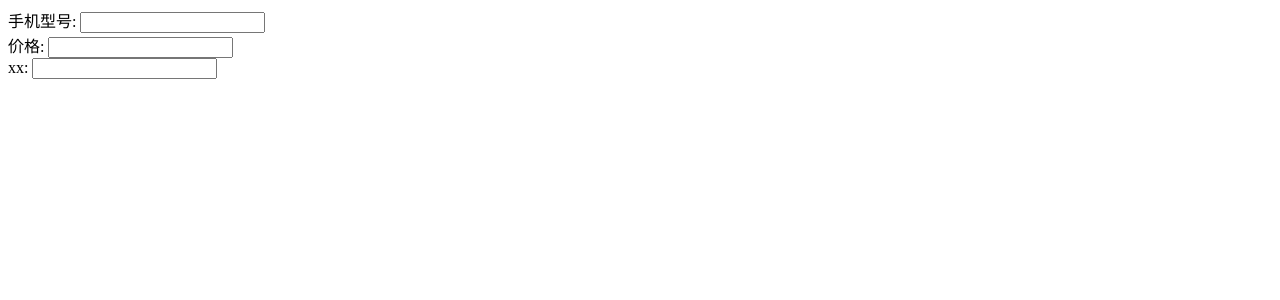
Repository: qyl1006/JavaCode
Page: http://localhost/task02/product?cmd=edit
These files come from the project's save history. The page is drawn as it stood at one moment and after the next save; the edit follows.
The browser window is 1280 px wide. The pictures show the whole page.
The page is served by Tomcat 9. Other server files are loaded and not shown.

Above is the page before, as saved 2018-03-15 03:51:47.

### workspace/task02/webapp/WEB-INF/views/product/edit.jsp
<%@ page language="java" contentType="text/html; charset=UTF-8"
    pageEncoding="UTF-8"%>
<!DOCTYPE html PUBLIC "-//W3C//DTD HTML 4.01 Transitional//EN" "http://www.w3.org/TR/html4/loose.dtd">
<html>
<head>
<meta http-equiv="Content-Type" content="text/html; charset=UTF-8">
<title>Insert title here</title>
</head>
<body>
<form action="/product?cmd=saveOrUpdate">
		<input type="hidden" value="${p.id}"/>
	手机型号: <input type="text" name="name" value="${p.name }"/><br>
	价格: <input type="text" name="price" value="${p.price }"/><br>
	xx: <input type="text" name="info" value="${p.info }"/><br>
</form>
</body>
</html>

### workspace/task02/src/cn/wolfcode/shop/web/servlet/ProductServlet.java
package cn.wolfcode.shop.web.servlet;

import java.io.IOException;
import java.math.BigDecimal;

import javax.servlet.ServletException;
import javax.servlet.annotation.WebServlet;
import javax.servlet.http.HttpServlet;
import javax.servlet.http.HttpServletRequest;
import javax.servlet.http.HttpServletResponse;

import cn.wolfcode.shop.domain.Product;
import cn.wolfcode.shop.query.PageResult;
import cn.wolfcode.shop.query.ProductQueryObject;
import cn.wolfcode.shop.service.IProduService;
import cn.wolfcode.shop.service.impl.ProduServiceImpl;
import cn.wolfcode.shop.util.StringUtil;

@WebServlet("/product")
public class ProductServlet extends HttpServlet {
	private static final long serialVersionUID = 1L;
	private IProduService service = new ProduServiceImpl();

	public void init() throws ServletException {
		System.out.println(123);
	}

	protected void service(HttpServletRequest req, HttpServletResponse resp)
			throws ServletException, IOException {
		req.setCharacterEncoding("utf-8");
		String cmd = req.getParameter("cmd");
		if("saveOrUpdate".equals(cmd)){
			saveOrUpdate(req, resp);
		}else if("delete".equals(cmd)){
			delete(req, resp);
		}else if("edit".equals(cmd)){
			edit(req, resp);
		}else{
			list(req, resp);
		}

	}
	private void list(HttpServletRequest req, HttpServletResponse resp)
			throws ServletException, IOException {
		ProductQueryObject qo = creatQo(req);
		PageResult result = service.query(qo);

		req.setAttribute("qo", qo);
		req.setAttribute("result", result);

		req.getRequestDispatcher("/WEB-INF/views/product/list.jsp").forward(req, resp);

	}
	private ProductQueryObject creatQo(HttpServletRequest req) {
		ProductQueryObject qo = new ProductQueryObject();

		String currentPage = req.getParameter("currentPage");
		String pageSize = req.getParameter("pageSize");
		String keyWord = req.getParameter("keyWord");
		String minPrice = req.getParameter("minPrice");
		String maxPrice = req.getParameter("maxPrice");

		if(StringUtil.hasLength(currentPage)){
			qo.setCurrentPage(Integer.valueOf(currentPage.trim()));
		}
		if(StringUtil.hasLength(pageSize)){
			qo.setPageSize(Integer.valueOf(pageSize.trim()));
		}

		if(StringUtil.hasLength(keyWord)){
			qo.setKeyWord(keyWord.trim());
		}

		if(StringUtil.hasLength(minPrice)){
			qo.setMinPrice(new BigDecimal(minPrice.trim()));
		}

		if(StringUtil.hasLength(maxPrice)){
			qo.setMaxPrice(new BigDecimal(maxPrice.trim()));
		}

		return qo;
	}

	private void delete(HttpServletRequest req, HttpServletResponse resp)
			throws ServletException, IOException {

	}
	private void edit(HttpServletRequest req, HttpServletResponse resp)
			throws ServletException, IOException {
		String id = req.getParameter("id");
		if(StringUtil.hasLength(id)){
			Product product = service.get(Long.valueOf(id.trim()));
			req.setAttribute("p", product);
		}

		req.getRequestDispatcher("/WEB-INF/views/product/edit.jsp").forward(req, resp);
	}
	private void saveOrUpdate(HttpServletRequest req, HttpServletResponse resp)
			throws ServletException, IOException {

	}
}

### workspace/task02/src/cn/wolfcode/shop/service/impl/ProduServiceImpl.java
package cn.wolfcode.shop.service.impl;

import java.util.List;

import cn.wolfcode.shop.dao.IProductDAO;
import cn.wolfcode.shop.dao.impl.ProduDAOImpl;
import cn.wolfcode.shop.domain.Product;
import cn.wolfcode.shop.query.PageResult;
import cn.wolfcode.shop.query.ProductQueryObject;
import cn.wolfcode.shop.service.IProduService;

public class ProduServiceImpl implements IProduService {

	private IProductDAO dao = new ProduDAOImpl();

	public void save(Product p) {
		dao.save(p);
	}

	public void update(Product p) {
		dao.update(p);
	}

	public void delete(Long id) {
		dao.delete(id);
	}

	public Product get(Long id) {
		return dao.get(id);
	}

	public PageResult query(ProductQueryObject qo) {
		Long count = dao.queryCount(qo);
		if(count == 0L){
			return PageResult.EMPYT_PAGE;
		}
		List<Product> data = dao.query(qo);
		return new PageResult(qo.getCurrentPage(), qo.getPageSize(), count, data);
	}

}

### workspace/task02/src/cn/wolfcode/shop/dao/IProductDAO.java
package cn.wolfcode.shop.dao;

import java.util.List;

import cn.wolfcode.shop.domain.Product;
import cn.wolfcode.shop.query.ProductQueryObject;

public interface IProductDAO {
	void save(Product p);
	void update(Product p);
	void delete(Long id);
	Product get(Long id);

	Long queryCount(ProductQueryObject qo);
	List<Product> query(ProductQueryObject qo);
}

### workspace/task02/src/cn/wolfcode/shop/dao/impl/ProduDAOImpl.java
package cn.wolfcode.shop.dao.impl;

import java.util.List;

import org.apache.ibatis.session.SqlSession;

import cn.wolfcode.shop.dao.IProductDAO;
import cn.wolfcode.shop.domain.Product;
import cn.wolfcode.shop.query.ProductQueryObject;
import cn.wolfcode.shop.util.MyBatisUtil;
import lombok.Cleanup;

public class ProduDAOImpl implements IProductDAO {

	public void save(Product p) {
		@Cleanup
		SqlSession session = MyBatisUtil.getSession();
		session.update("product.save", p);
		session.commit();
	}


	public void update(Product p) {
		@Cleanup
		SqlSession session = MyBatisUtil.getSession();
		session.update("product.update", p);
		session.commit();

	}

	public void delete(Long id) {
		@Cleanup
		SqlSession session = MyBatisUtil.getSession();
		session.update("product.delete", id);
		session.commit();
	}

	public Product get(Long id) {
		@Cleanup
		SqlSession session = MyBatisUtil.getSession();
		return session.selectOne("product.get", id);
	}

	public Long queryCount(ProductQueryObject qo) {
		@Cleanup
		SqlSession session = MyBatisUtil.getSession();
		return session.selectOne("product.queryCount", qo);
	}

	public List<Product> query(ProductQueryObject qo) {
		@Cleanup
		SqlSession session = MyBatisUtil.getSession();
		return session.selectList("product.query", qo);
	}

}

### workspace/task02/src/cn/wolfcode/shop/util/StringUtil.java
package cn.wolfcode.shop.util;

public abstract class StringUtil {
	public static boolean hasLength(String str){
		return str != null && str.trim().length() > 0;
	}

	public static String Empty2Null(String str){
		return hasLength(str) ? str : null;
	}
}

After the next save:
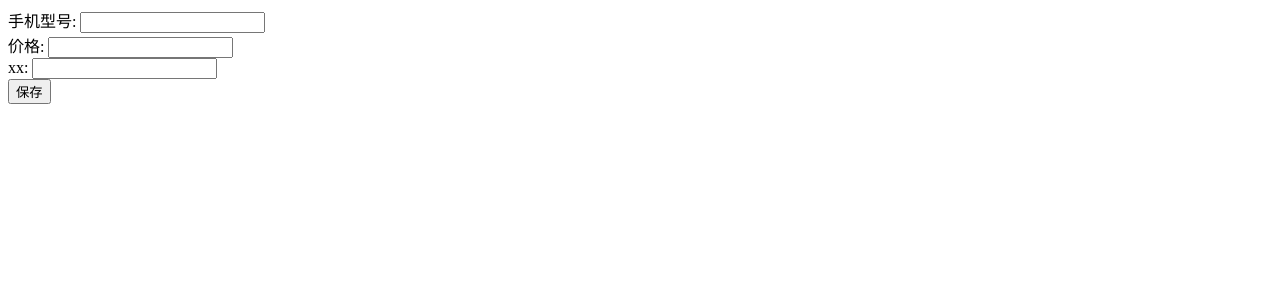
Saved 24 s later.
--- a/workspace/task02/webapp/WEB-INF/views/product/edit.jsp
+++ b/workspace/task02/webapp/WEB-INF/views/product/edit.jsp
@@ -12,6 +12,7 @@
 	手机型号: <input type="text" name="name" value="${p.name }"/><br>
 	价格: <input type="text" name="price" value="${p.price }"/><br>
 	xx: <input type="text" name="info" value="${p.info }"/><br>
+		<input type="submit" value="保存"/>
 </form>
 </body>
 </html>
